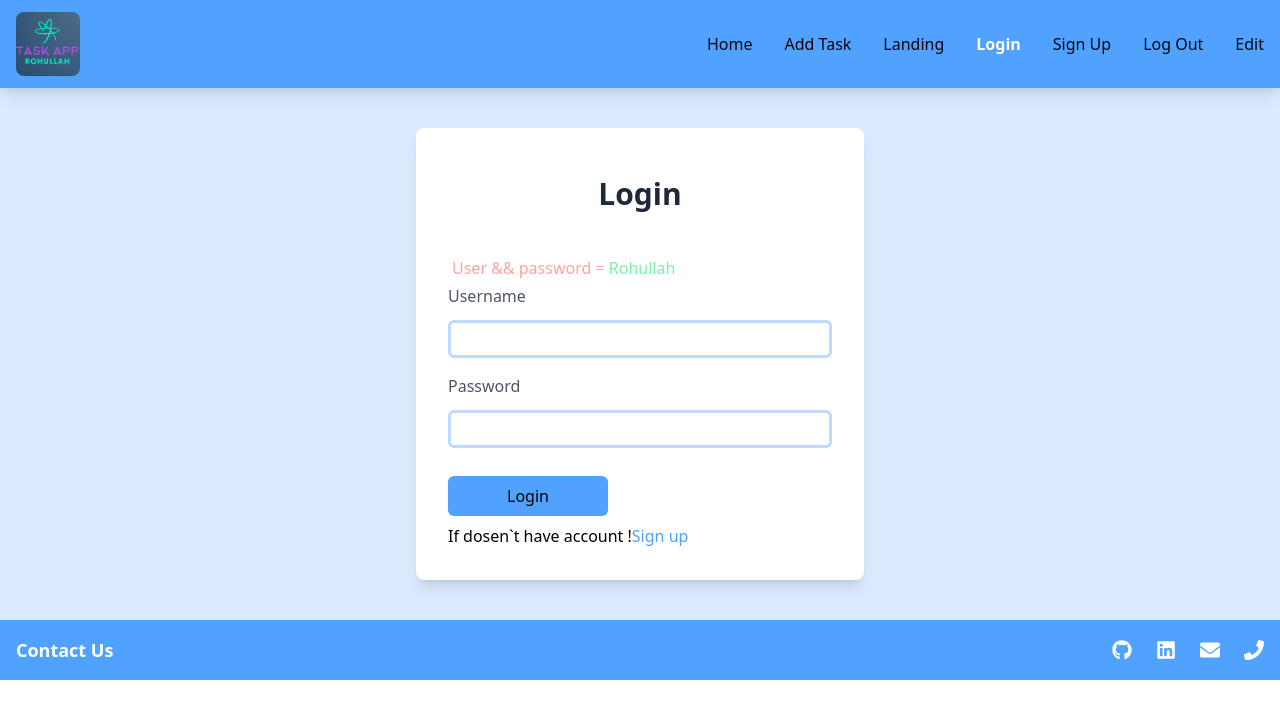
Repository: Rohullah-Noori/TaskApp
Page: /logout
These files come from the project's save history. The page is drawn as it stood at one moment and after the next save; the edit follows.
The browser window is 1280 px wide. The pictures show the whole page.
The project was rebuilt for these pictures with package versions that can differ from the ones it lists, and the page was loaded fresh each time. Also part of the build but not shown: vite.config.js, src/components/PrivateRoute.jsx, src/pages/Landing.jsx, src/pages/Home.jsx, src/pages/Signup.jsx, src/pages/Addtask.jsx, src/pages/Edittask.jsx, src/pages/Errorpage.jsx.

Above is the page before, as saved 2025-06-23 10:35:03.

After the next save:
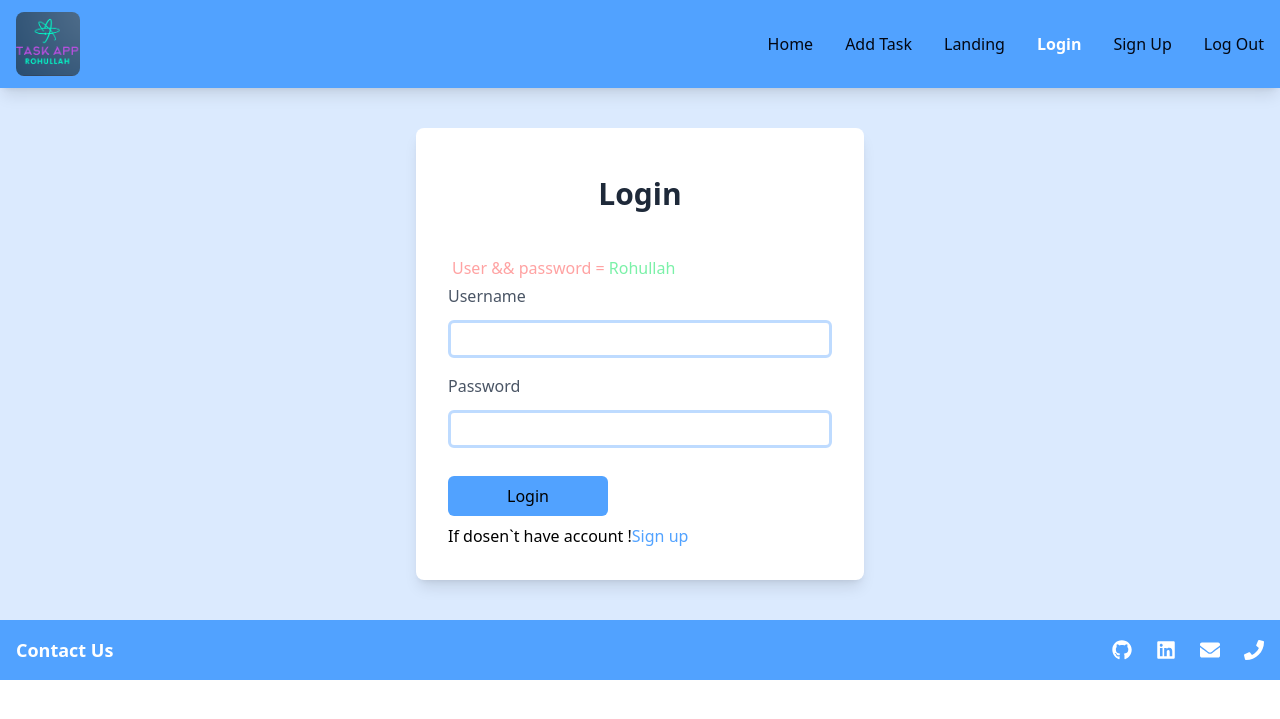
Saved 77 s later.
--- a/src/components/Navbar.jsx
+++ b/src/components/Navbar.jsx
@@ -8,7 +8,6 @@ const navItems = [
   { path: "/login", label: "Login" },
   { path: "/signup", label: "Sign Up" },
   { path: "/logout", label: "Log Out" },
-  { path: "/edittask", label: "Edit" },
 ];
 
 function Navbar() {
